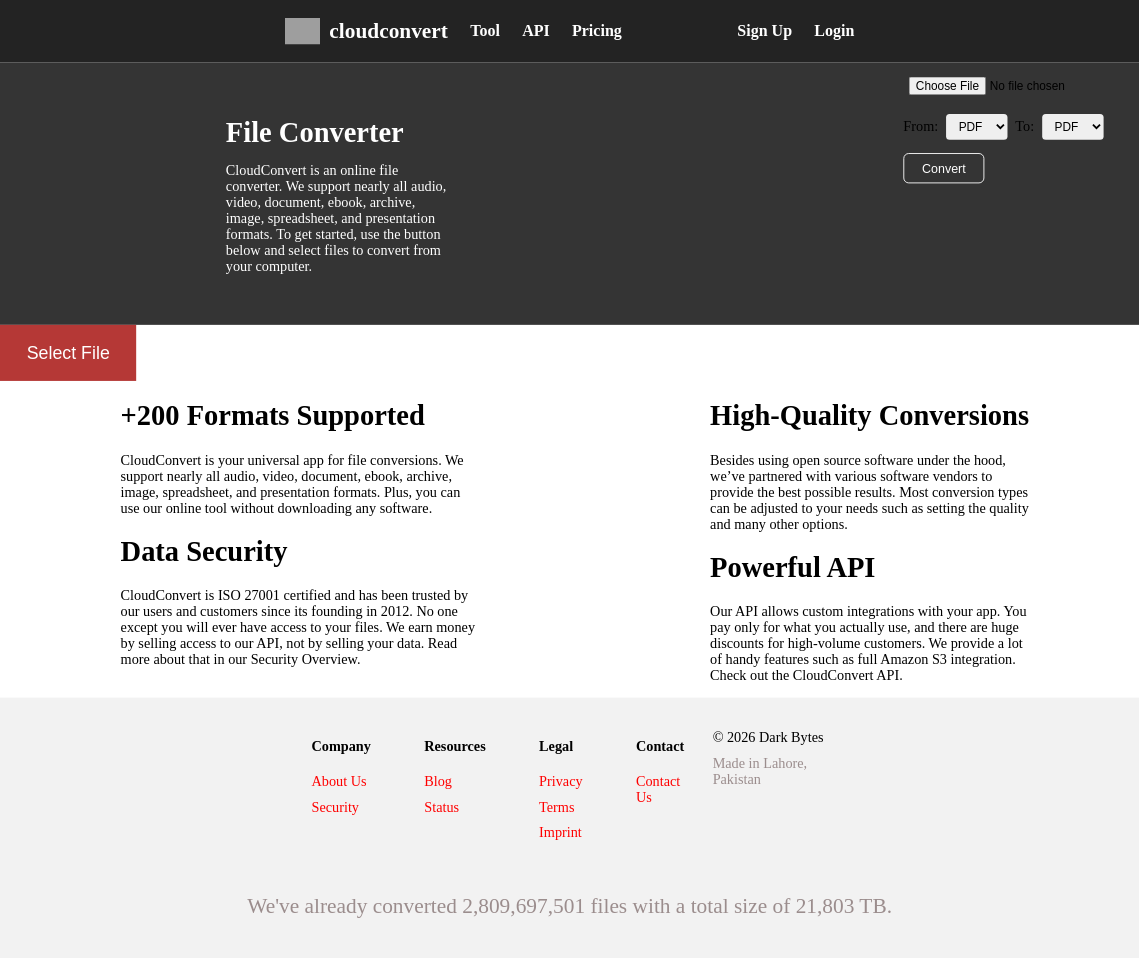
Repository: anfal-darkbytes/task_one
Page: http://localhost/
These files come from the project's save history. The page is drawn as it stood at one moment and after the next save; the edit follows.
The browser window is 1280 px wide. The pictures show the whole page, at 89% of full size.
Pictures or frames that could not be fetched are drawn as grey boxes. The page is served by the project's application, run on Django 4.2 (manage.py).

Above is the page before, as saved 2026-01-09 07:01:18.

After the next save:
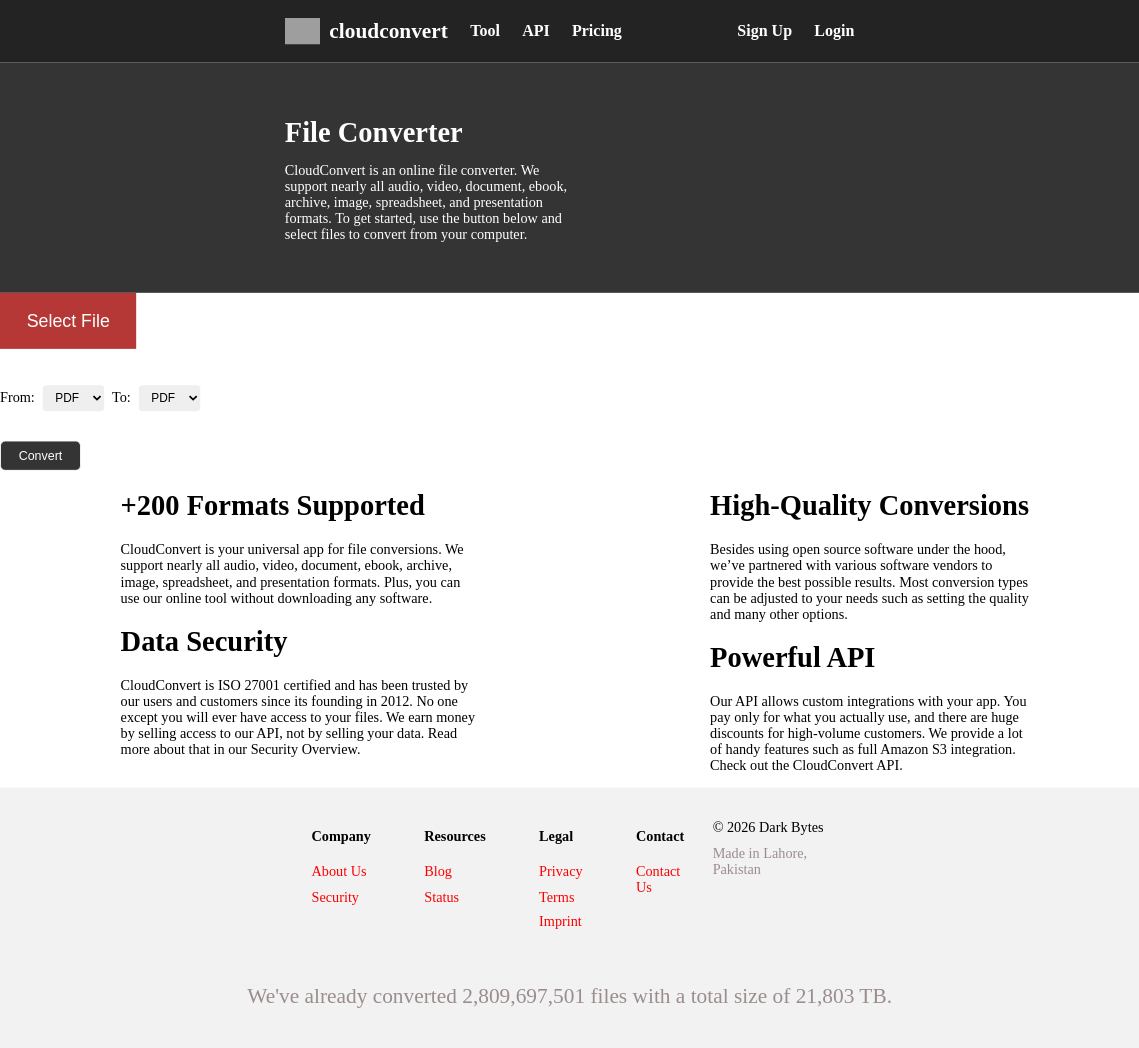
Saved 7 min 25 s later.
--- a/templates/index.html
+++ b/templates/index.html
@@ -12,18 +12,23 @@
           to convert from your computer.
         </p>
     </div>
-    <div class="form-container">
+</div>
 
-    {% if error %}
-        <p class="error">{{ error }}</p>
-    {% endif %}
+<div class="middle-body">
+    <form method="POST" enctype="multipart/form-data" id="file-form">
+        {% csrf_token %}
 
-    <form method="POST" enctype="multipart/form-data">
-        {% csrf_token %}
-        <input type="file" name="file" required><br>
+        <!-- Hidden file input -->
+        <input type="file" name="file" id="file-input" style="display:none;" required>
 
+        <!-- Select File button -->
+        <button type="button" id="pick-image">
+            Select File
+        </button>
+
+        <br><br>
         From:
-        <select class="" name="from_ext" required>
+        <select name="from_ext" required>
             <option value="pdf">PDF</option>
             <option value="jpg">JPG</option>
             <option value="png">PNG</option>
@@ -34,24 +39,21 @@
             <option value="pdf">PDF</option>
             <option value="jpg">JPG</option>
             <option value="png">PNG</option>
-        </select><br>
+        </select><br><br>
 
         <button type="submit" id="convert-button">Convert</button>
     </form>
 
+    <!-- Show error message -->
+    {% if error %}
+        <p class="error">{{ error }}</p>
+    {% endif %}
+
+    <!-- Show download link -->
     {% if output %}
         <p class="success">Download: <a href="{{ output }}" download>Click Here</a></p>
     {% endif %}
-</div>
 
-
-</div>
-
-<div class="middle-body">
-    <i class="fa-slab fa-regular fa-file"></i>
-    <button id="pick-image">
-        Select File
-    </button>
     <div class="details-boxes">
         <div class="pair-containers1">
             <div class="single-container">
@@ -76,5 +78,21 @@
     </div>
 </div>
 
+<!-- JS to trigger hidden file input -->
+<script>
+    const pickButton = document.getElementById('pick-image');
+    const fileInput = document.getElementById('file-input');
+
+    pickButton.addEventListener('click', () => {
+        fileInput.click();
+    });
+
+    // Optional: automatically submit form after file selection
+    fileInput.addEventListener('change', () => {
+        if(fileInput.files.length > 0){
+            document.getElementById('file-form').submit();
+        }
+    });
+</script>
 
 {% endblock %}

After the save that followed:
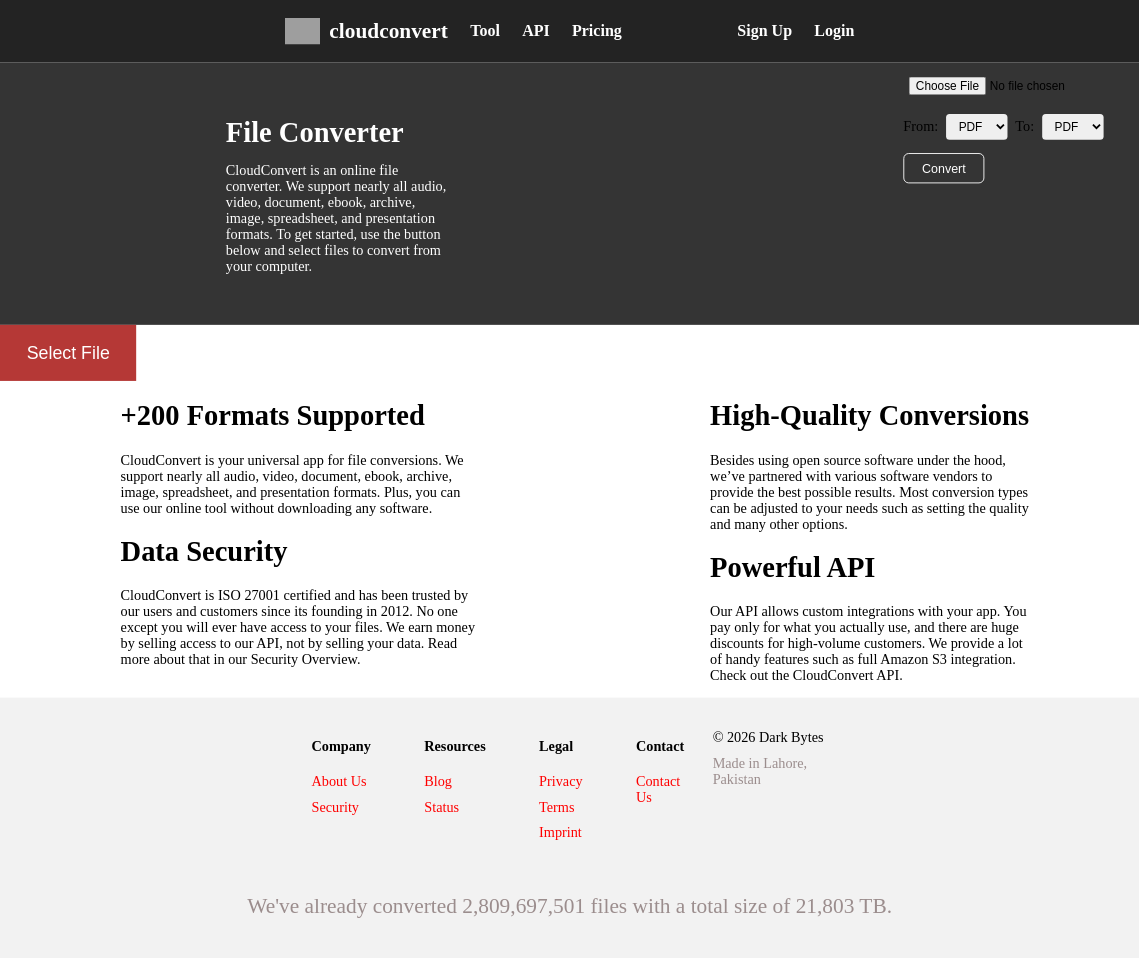
Saved 43 s later.
--- a/templates/index.html
+++ b/templates/index.html
@@ -12,23 +12,18 @@
           to convert from your computer.
         </p>
     </div>
-</div>
+    <div class="form-container">
 
-<div class="middle-body">
-    <form method="POST" enctype="multipart/form-data" id="file-form">
+    {% if error %}
+        <p class="error">{{ error }}</p>
+    {% endif %}
+
+    <form method="POST" enctype="multipart/form-data">
         {% csrf_token %}
+        <input type="file" name="file" required><br>
 
-        <!-- Hidden file input -->
-        <input type="file" name="file" id="file-input" style="display:none;" required>
-
-        <!-- Select File button -->
-        <button type="button" id="pick-image">
-            Select File
-        </button>
-
-        <br><br>
         From:
-        <select name="from_ext" required>
+        <select class="" name="from_ext" required>
             <option value="pdf">PDF</option>
             <option value="jpg">JPG</option>
             <option value="png">PNG</option>
@@ -39,21 +34,24 @@
             <option value="pdf">PDF</option>
             <option value="jpg">JPG</option>
             <option value="png">PNG</option>
-        </select><br><br>
+        </select><br>
 
         <button type="submit" id="convert-button">Convert</button>
     </form>
 
-    <!-- Show error message -->
-    {% if error %}
-        <p class="error">{{ error }}</p>
-    {% endif %}
-
-    <!-- Show download link -->
     {% if output %}
         <p class="success">Download: <a href="{{ output }}" download>Click Here</a></p>
     {% endif %}
+</div>
 
+
+</div>
+
+<div class="middle-body">
+    <i class="fa-slab fa-regular fa-file"></i>
+    <button id="pick-image">
+        Select File
+    </button>
     <div class="details-boxes">
         <div class="pair-containers1">
             <div class="single-container">
@@ -78,21 +76,5 @@
     </div>
 </div>
 
-<!-- JS to trigger hidden file input -->
-<script>
-    const pickButton = document.getElementById('pick-image');
-    const fileInput = document.getElementById('file-input');
-
-    pickButton.addEventListener('click', () => {
-        fileInput.click();
-    });
-
-    // Optional: automatically submit form after file selection
-    fileInput.addEventListener('change', () => {
-        if(fileInput.files.length > 0){
-            document.getElementById('file-form').submit();
-        }
-    });
-</script>
 
 {% endblock %}
